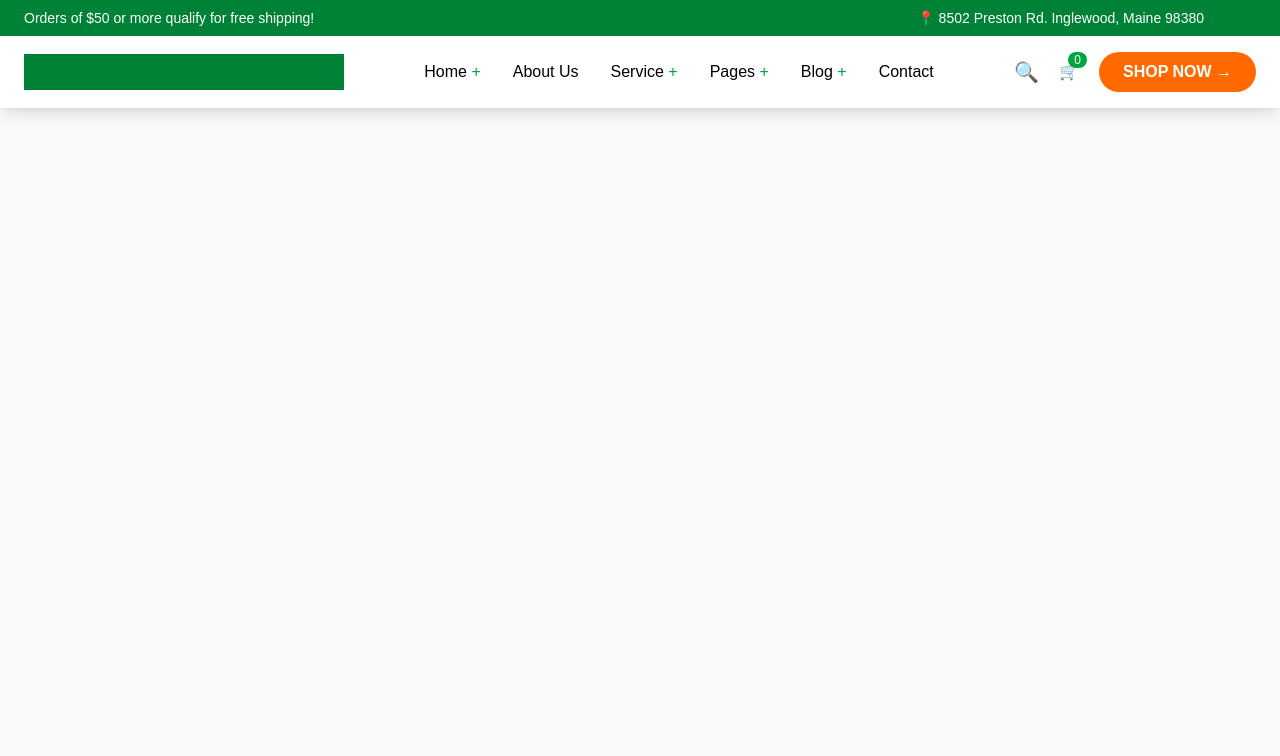
Repository: sawon687/Ass-scic-9-Ecomerce-Project
Page: /
These files come from the project's save history. The page is drawn as it stood at one moment and after a run of saves; the edit follows.
The browser window is 1280 px wide. The pictures show the whole page.
The project was rebuilt for these pictures with package versions that can differ from the ones it lists, and the page was loaded fresh each time. The framework's server and built-in components were replaced by stand-ins that run in the browser. Also part of the build but not shown: next.config.mjs.

Above is the page before, as saved 2026-01-13 22:52:27.

After the next 2 saves:
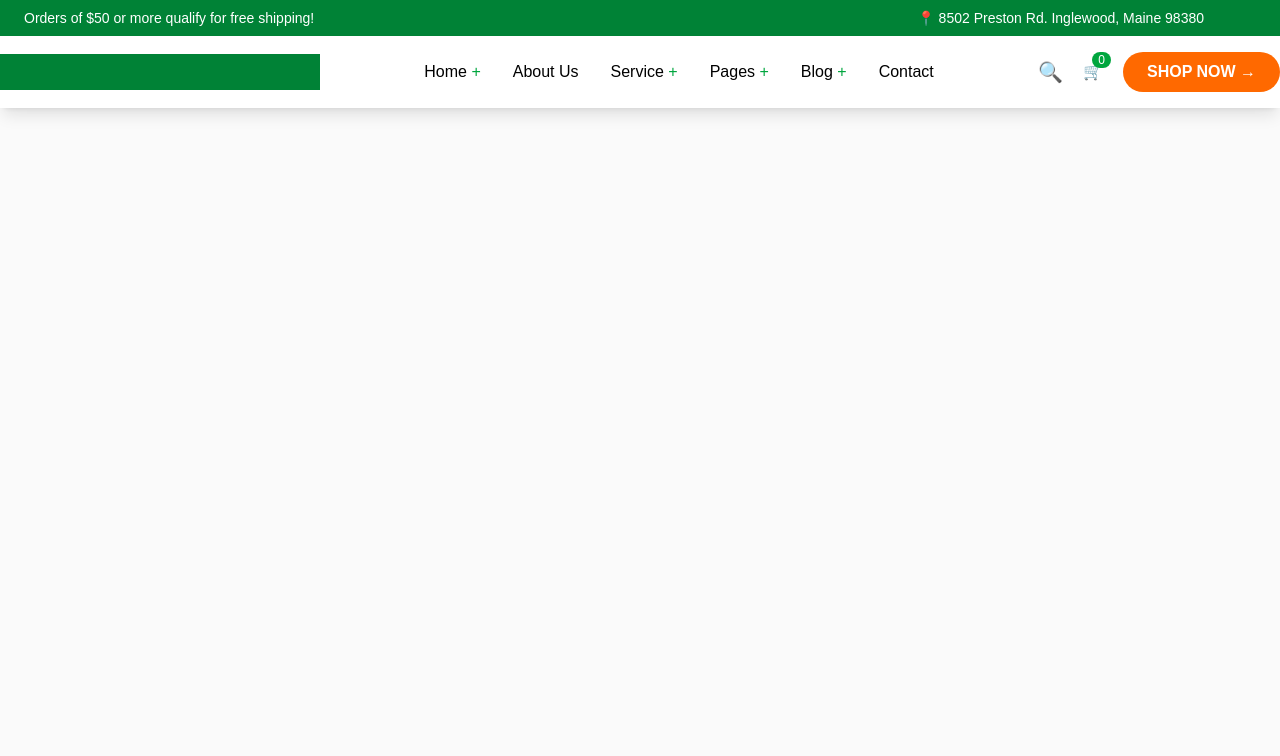
The 2 saves are shown as one change because they came seconds apart.
The last was saved 14 s later.
--- a/src/app/Components/Navbar/Navbar.jsx
+++ b/src/app/Components/Navbar/Navbar.jsx
@@ -21,7 +21,7 @@
 
 {/* <!-- MAIN NAVBAR --> */}
 <nav class="bg-white w-full fixed shadow-lg">
-  <div class="max-w-7xl mx-auto px-6 py-4 flex items-center justify-between">
+  <div class="max-w-7xl mx-auto  py-4 flex items-center justify-between">
 
     {/* <!-- LOGO --> */}
     <div class="flex items-center gap-2 h-full bg-green-700  w-xs">
